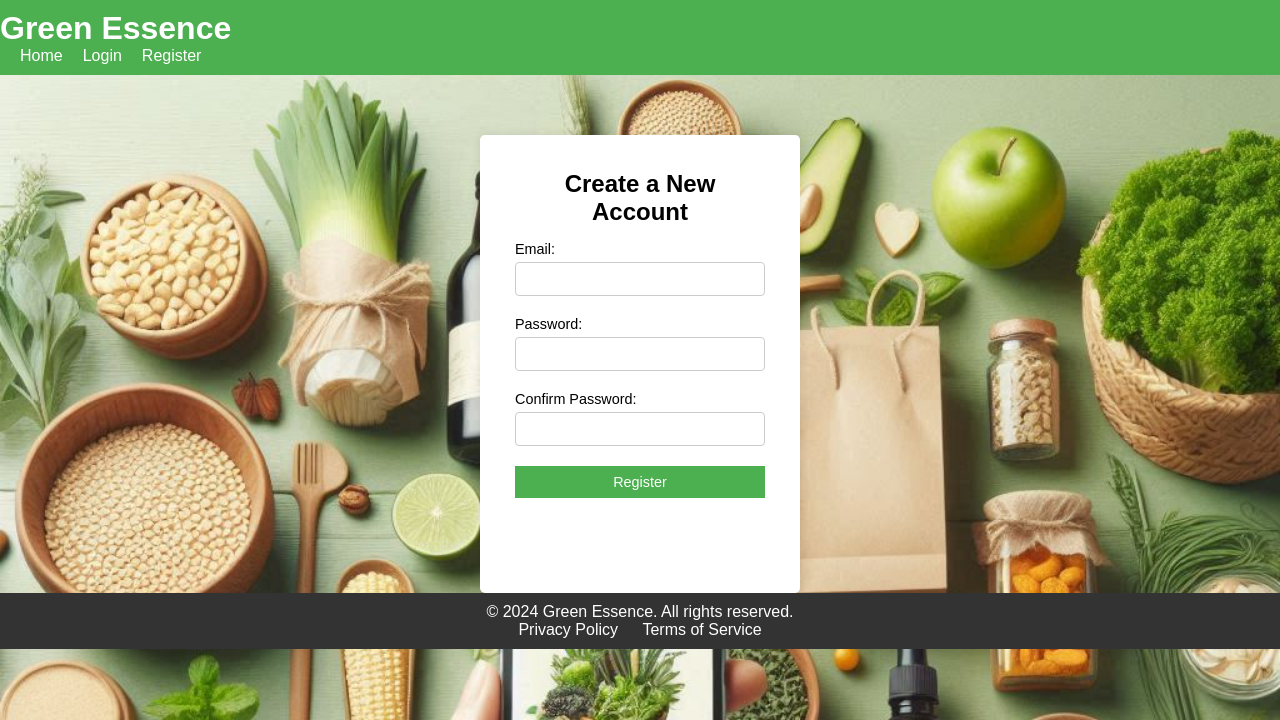
Repository: niki3210/Sahyadri
Page: Projectorganic/Register.html
The author's editor kept a copy of each file at every save. The page is drawn from the files as they stood at one save, then again after the next save.
The browser window is 1280 px wide. The pictures show the whole page.

Above is the page before, as saved 2024-06-21 14:37:01.
Not found: Projectorganic/script.js

### Projectorganic/Register.html
<!DOCTYPE html>
<html lang="en">
<head>
    <meta charset="UTF-8">
    <meta name="viewport" content="width=device-width, initial-scale=1.0">
    <title>Register - Green Essence</title>
    <link rel="stylesheet" href="styles.css">
    <link rel="stylesheet" href="login.html">
</head>
<body>
    <header>
        <h1>Green Essence</h1>
        <nav>
            <ul>
                <li><a href="index.html">Home</a></li>
                <li><a href="login.html">Login</a></li>
                <li><a href="register.html">Register</a></li>

            </ul>
        </nav>
    </header>

    <div class="container">
        <div class="login-container">
            <div class="register-form">
                <h2>Create a New Account</h2>
                <form action="/register" method="POST">
                    <label for="new-email">Email:</label>
                    <input type="email" id="new-email" name="new-email" required>
                    <div class="error" id="new-email-error"></div>

                    <label for="new-password">Password:</label>
                    <input type="password" id="new-password" name="new-password" required>
                    <div class="error" id="new-password-error"></div>

                    <label for="confirm-password">Confirm Password:</label>
                    <input type="password" id="confirm-password" name="confirm-password" required>
                    <div class="error" id="confirm-password-error"></div>

                    <button type="submit">Register</button>
                </form>
            </div>
        </div>
    </div>

    <footer>
        <p>&copy; 2024 Green Essence. All rights reserved.</p>
        <div>
            <a href="#">Privacy Policy</a>
            <a href="#">Terms of Service</a>
        </div>
    </footer>

    <script src="script.js"></script>
</body>
</html>

### Projectorganic/styles.css
/* Combined CSS for Home, Login, and Register Pages */

/* Reset default browser styles */
* {
    box-sizing: border-box;
    margin: 0;
    padding: 0;
}

/* Global styles */
body {
    font-family: Arial, sans-serif;
    color: black;
    margin: 0;
    padding: 0;
    box-sizing: border-box;
    min-height: 100vh; /* Ensure body extends to at least the full height of the viewport */
    display: flex;
    flex-direction: column; /* Use flexbox to make sure footer stays at the bottom */
}

/* Header styles */
header {
    background-color: #4CAF50;
    color: white;
    padding: 10px 0;
}

header .container {
    display: flex;
    justify-content: space-between;
    align-items: center;
    max-width: 1200px;
    margin: 0 auto;
    padding: 0 20px;
}

header h1 {
    margin: 0;
}

header nav ul {
    list-style: none;
    margin: 0;
    padding: 0;
    display: flex;
}

header nav ul li {
    margin-left: 20px;
}

header nav ul li a {
    color: white;
    text-decoration: none;
}

header nav ul li a:hover {
    text-decoration: underline;
}

/* Home Page Styles */
#home {
    background-image: url('backgroundhome.jpeg');
    background-size: cover;
    background-repeat: no-repeat;
    background-position: center;
    background-attachment: fixed;
    color: white;
    text-align: center;
    padding: 100px 20px;
}

section {
    padding: 60px 0;
}

.container {
    max-width: 1200px;
    margin: 0 auto;
    padding: 0 20px;
}

/* About Section */
#about {
    background-color: #fffefe;
    padding: 40px 0;
}

/* Contact Section Styles */
#contact {
    background-color: #fff;
    padding: 40px 0;
}

#contact h2 {
    text-align: center;
    margin-bottom: 40px;
    color: #000000;
}

#contact .container {
    max-width: 900px;
    margin: 0 auto;
}

#contact .contact-info {
    text-align: center;
    margin-bottom: 20px;
}

#contact .contact-info p {
    margin: 10px 0;
}



/* Login/Register Styles */
.login-container,
.register-container {
    max-width: 320px;
    margin: 0 auto;
    padding: 15px;
    background-color: rgb(255, 255, 255);
    border-radius: 5px;
    box-shadow: 0 0 10px rgba(0, 0, 0, 0.1);
    flex: 1; /* Use flex: 1 to push footer to the bottom */
    margin-top: 60px;
    margin-bottom: 60;
    padding: 20px;
}

body {
    font-family: Arial, sans-serif;
    background-image: url('backgroundhome.jpeg');
    background-size: cover;
    color: black;
}

.login-form, .register-form {
    padding: 15px;
    margin-bottom: 60px;
}

.login-form h2, .register-form h2 {
    text-align: center;
    margin-bottom: 15px;
    font-size: 1.5em;
}

label {
    display: block;
    margin-bottom: 5px;
    font-size: 0.9em;
}

input[type="email"],
input[type="password"] {
    width: 100%;
    padding: 8px;
    margin-bottom: 10px;
    border: 1px solid #ccc;
    border-radius: 4px;
    font-size: 0.9em;
}

.error {
    color: red;
    font-size: 0.8em;
    margin-bottom: 10px;
}

button {
    background-color: #4CAF50;
    color: white;
    border: none;
    padding: 8px 15px;
    cursor: pointer;
    transition: background-color 0.3s ease;
    width: 100%;
    font-size: 0.9em;
}

button:hover {
    background-color: #45a049;
}

/* Footer Styles */
footer {
    background-color: #333;
    color: white;
    text-align: center;
    padding: 10px 0;
    width: 100%;
}

footer a {
    color: white;
    margin: 0 10px;
    text-decoration: none;
}

footer a:hover {
    text-decoration: underline;
}

### Projectorganic/login.html
<!DOCTYPE html>
<html lang="en">
<head>
    <meta charset="UTF-8">
    <meta name="viewport" content="width=device-width, initial-scale=1.0">
    <title>Login - Green Essence</title>
    <link rel="stylesheet" href="styles.css">
    <link rel="stylesheet" href="register.html">
    <link rel="stylesheet" href="index.html">
</head>
<body>
    <header>
        <h1>Green Essence</h1>
        <nav>
            <ul>
                <li><a href="index.html">Home</a></li>
                <li><a href="login.html">Login</a></li>
                <li><a href="register.html">Register</a></li>

            </ul>
        </nav>
    </header>

    <div class="container">
        <div class="login-container">
            <form class="login-form" action="/login" method="POST">
                <h2>Login to Your Account</h2>
                <label for="email">Email:</label>
                <input type="email" id="email" name="email" required>
                <div class="error" id="email-error"></div>

                <label for="password">Password:</label>
                <input type="password" id="password" name="password" required>
                <div class="error" id="password-error"></div>

                <button type="submit">Login</button>
            </form>
        </div>
    </div>

    <footer>
        <p>&copy; 2024 Green Essence. All rights reserved.</p>
        <div>
            <a href="#">Privacy Policy</a>
            <a href="#">Terms of Service</a>
        </div>
    </footer>

    <script src="script.js"></script>
</body>
</html>

After the next save:
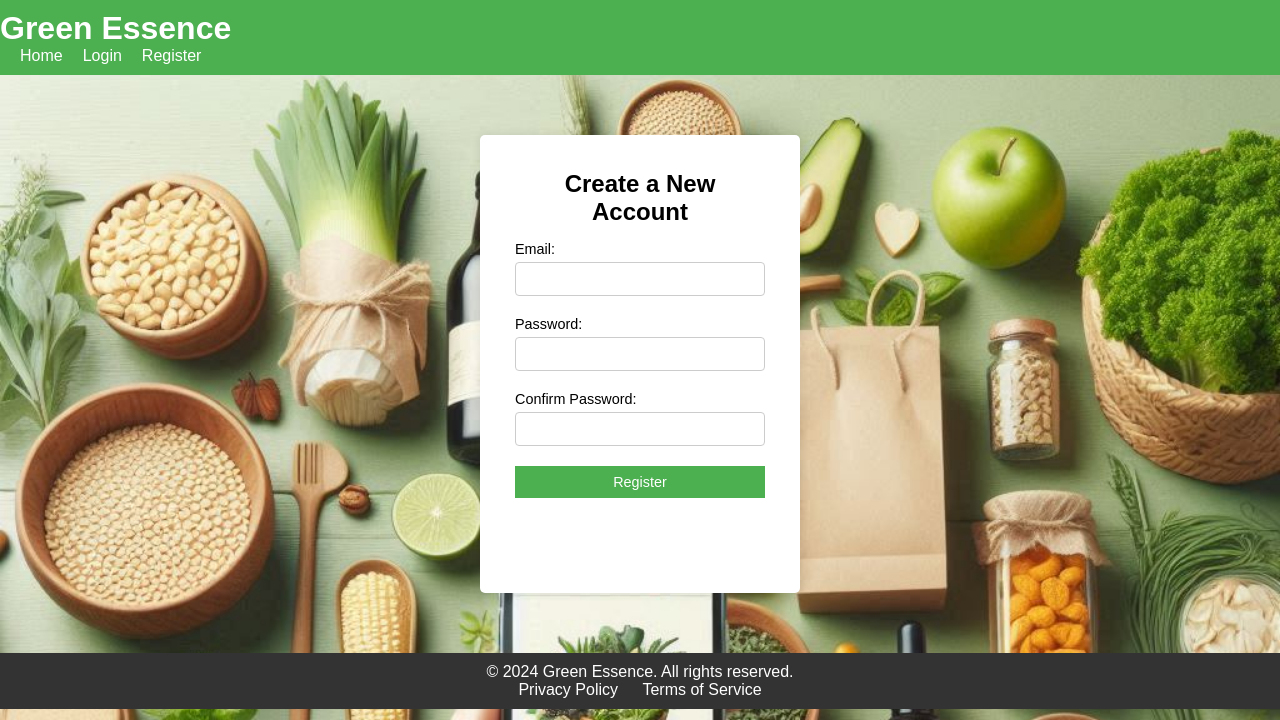
Saved 2 s later.
--- a/Projectorganic/styles.css
+++ b/Projectorganic/styles.css
@@ -126,7 +126,7 @@ section {
     box-shadow: 0 0 10px rgba(0, 0, 0, 0.1);
     flex: 1; /* Use flex: 1 to push footer to the bottom */
     margin-top: 60px;
-    margin-bottom: 60;
+    margin-bottom: 60px;
     padding: 20px;
 }
 
